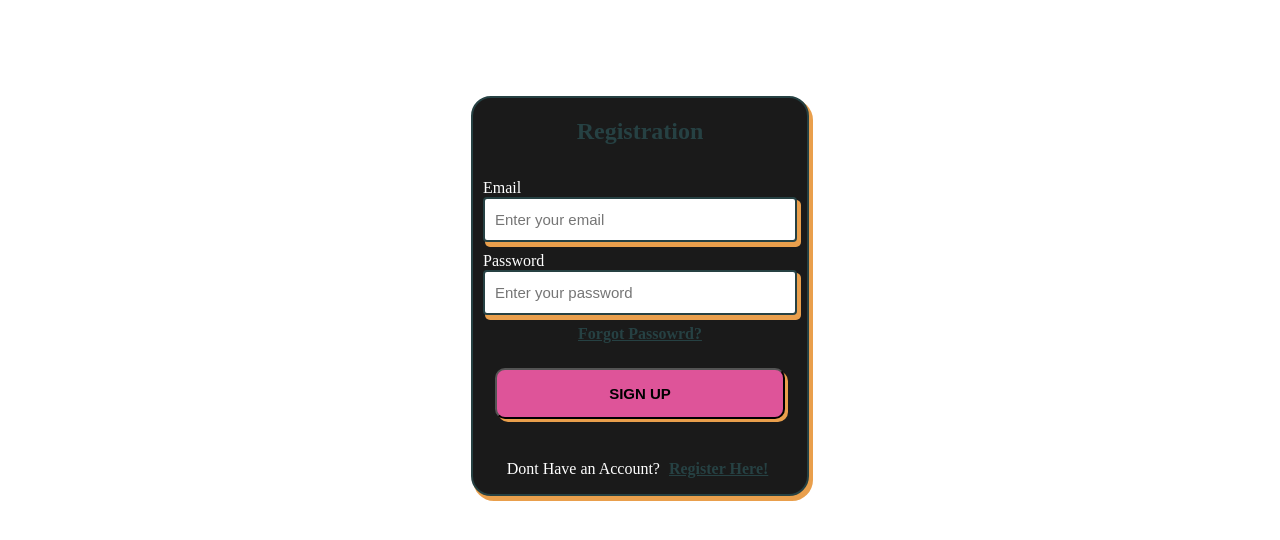
Repository: PeruriNaresh/Bank_Project
Page: http://localhost/bank_project/
An editor plug-in stored every save of this project. The page is shown before and after the next save, followed by the edit.
The browser window is 1280 px wide. The pictures show the whole page.
The page is served by Tomcat 9. Other server files are loaded and not shown.

Above is the page before, as saved 2024-10-24 12:59:26.

### bank_project/src/main/webapp/index.jsp
<%@ page language="java" contentType="text/html; charset=UTF-8"
    pageEncoding="UTF-8"%>
<!DOCTYPE html>
<html>
<head>
<meta charset="UTF-8">
<title>Insert title here</title>
</head>
<style>
/* From Uiverse.io by mi-series */
.container {
  display: flex;
  align-items: center;
  justify-content: center;
  flex-direction: column;
  text-align: center;
}

.form_area {
  margin-top:7%;
  display: flex;
  justify-content: center;
  align-items: center;
  flex-direction: column;
  height: auto;
  width: auto;
  border: 2px solid #264143;
  border-radius: 20px;

  background-color: #1a1a1a;
  color: #fff;
  box-shadow: 3px 4px 0px 1px #E99F4C;
}

.title {
  color: #264143;
  font-weight: 900;
  font-size: 1.5em;
  margin-top: 20px;
}



.form_group {
  display: flex;
  flex-direction: column;
  align-items: baseline;
  margin: 10px;
}

.form_style {
  outline: none;
  border: 2px solid #264143;
  box-shadow: 3px 4px 0px 1px #E99F4C;
  width: 290px;
  padding: 12px 10px;
  border-radius: 4px;
  font-size: 15px;
}

.form_style:focus, .btn:focus {
  transform: translateY(4px);
  box-shadow: 1px 2px 0px 0px #E99F4C;
}

.btn {
  padding: 15px;
  margin: 25px 0px;
  width: 290px;
  font-size: 15px;
  background: #DE5499;
  border-radius: 10px;
  font-weight: 800;
  box-shadow: 3px 3px 0px 0px #E99F4C;
}

.btn:hover {
  opacity: .9;
}

.link {
  font-weight: 800;
  color: #264143;
  padding: 5px;
}
</style>
<body>
<div class="container">
    <div class="form_area">
        <p class="title">Registration</p>
        <form action="register">
            <div class="form_group">
                <label class="sub_title" for="email">Email</label>
                <input placeholder="Enter your email" id="email" class="form_style" type="email">
            </div>
            <div class="form_group">
                <label class="sub_title" for="password">Password</label>
                <input placeholder="Enter your password" id="password" class="form_style" type="password">
            </div>
            <a class="link" href="forgotpassword.jsp">Forgot Passowrd?</a>
            <div>
                <button class="btn">SIGN UP</button>
                <p>Dont Have an Account? <a class="link" href="register.jsp">Register Here!</a></p>
              </div>
          </form>
      </div>
</div>
</body>
</html>

After the next save:
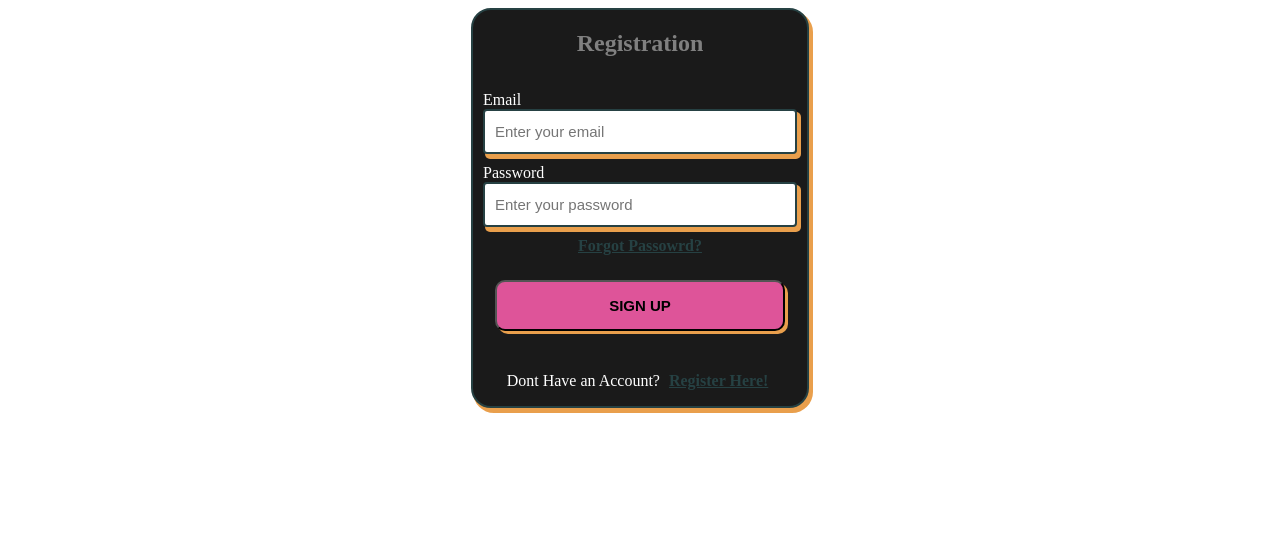
Saved 52 s later.
--- a/bank_project/src/main/webapp/index.jsp
+++ b/bank_project/src/main/webapp/index.jsp
@@ -17,7 +17,7 @@
 }
 
 .form_area {
-  margin-top:7%;
+  margin-top:7	%;
   display: flex;
   justify-content: center;
   align-items: center;
@@ -33,7 +33,7 @@
 }
 
 .title {
-  color: #264143;
+  color: gray;
   font-weight: 900;
   font-size: 1.5em;
   margin-top: 20px;
